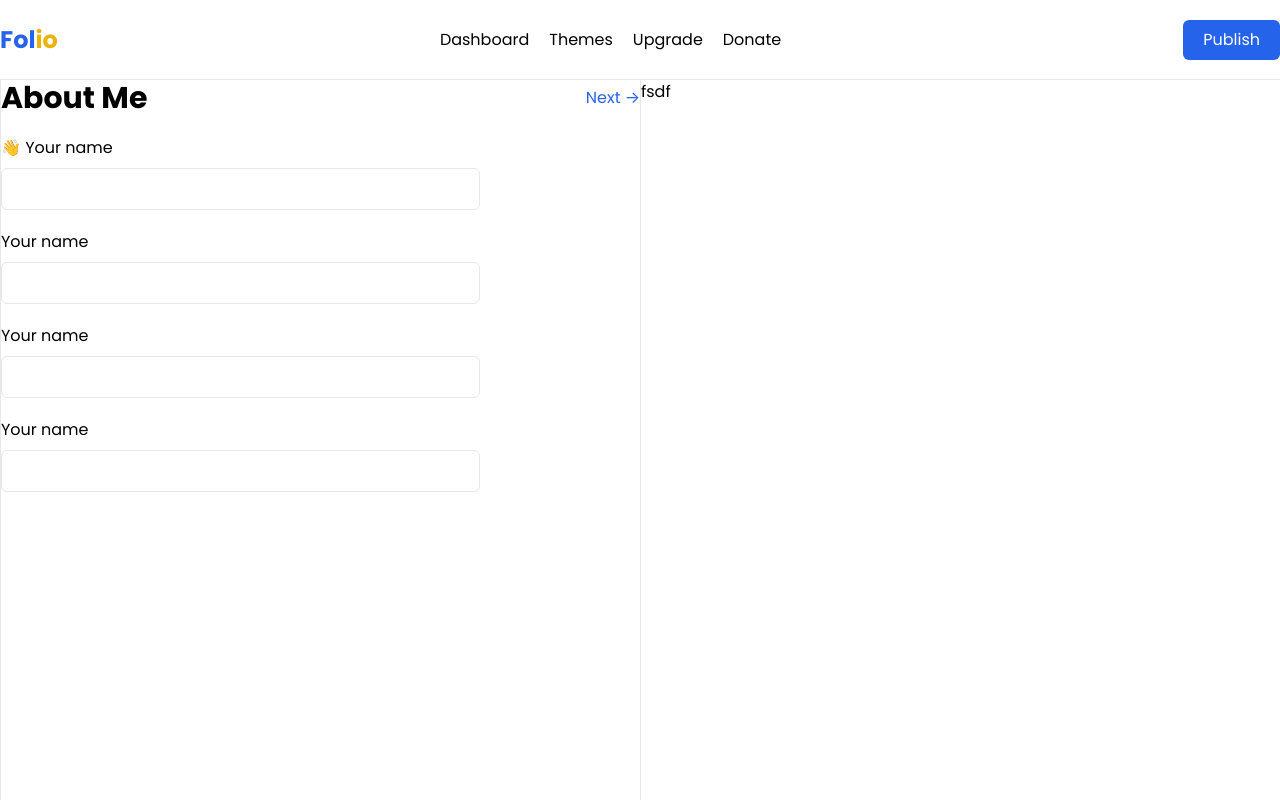
Repository: langford-dev/follio
Page: /
The author's editor kept a copy of each file at every save. The page is drawn from the files as they stood at one save, then again after the next save.
The browser window is 1280 px wide. The pictures show the whole page.
The project was rebuilt for these pictures with package versions that can differ from the ones it lists, and the page was loaded fresh each time. The framework's server and built-in components were replaced by stand-ins that run in the browser. Also part of the build but not shown: next.config.js, components/pageView.js.

Above is the page before, as saved 2022-03-19 11:01:40.

After the next save:
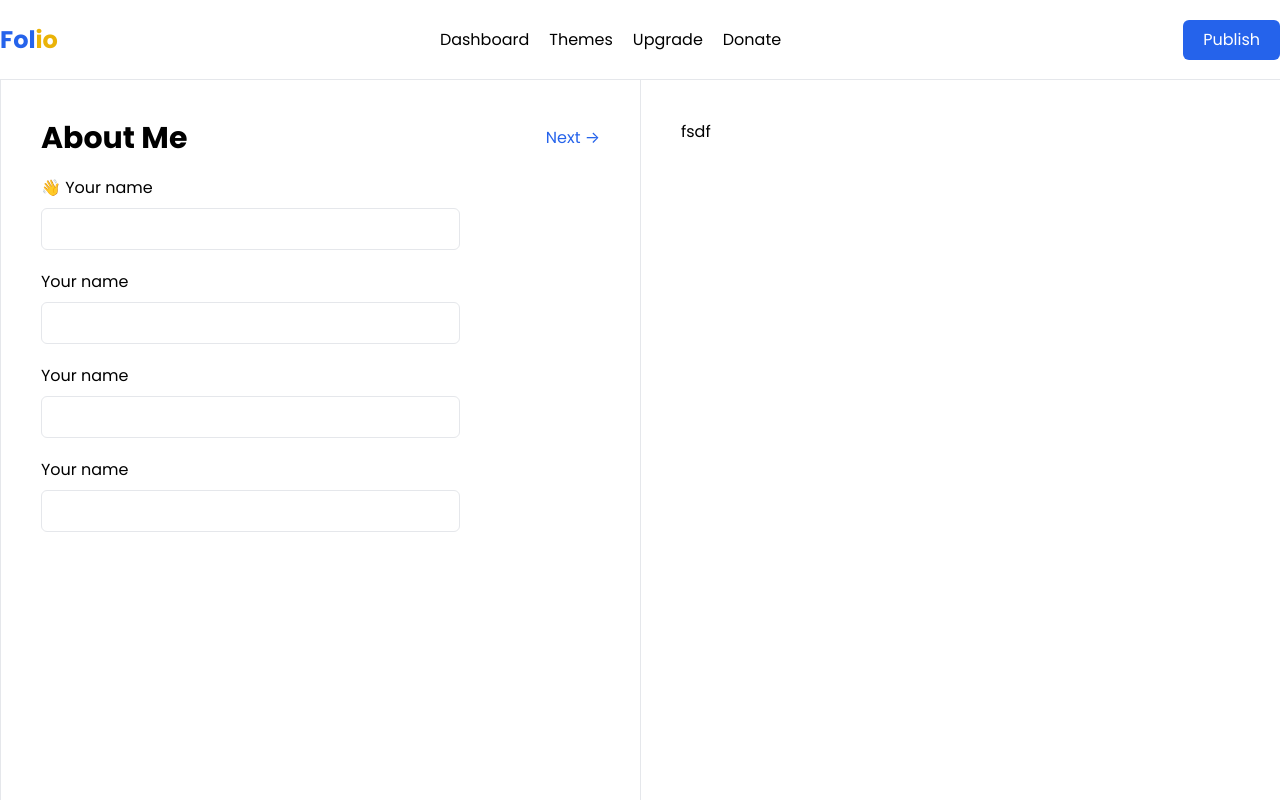
Saved 4 s later.
--- a/components/body.js
+++ b/components/body.js
@@ -4,8 +4,8 @@ const styles = {
     pageView: `m-auto max-w-screen-xl h-screen pt-20`,
     title: `text-3xl font-bold`,
     flexView: `flex h-screen`,
-    editingView: `w-1/2 border-l`,
-    preview: `border-l w-1/2`,
+    editingView: `w-1/2 p-10 border-l`,
+    preview: `border-l w-1/2 p-10`,
     inputContainer: `flex flex-col mt-5`,
     input: `border p-2 outline-none mt-2 w-9/12 rounded-md`,
     label: ``,
